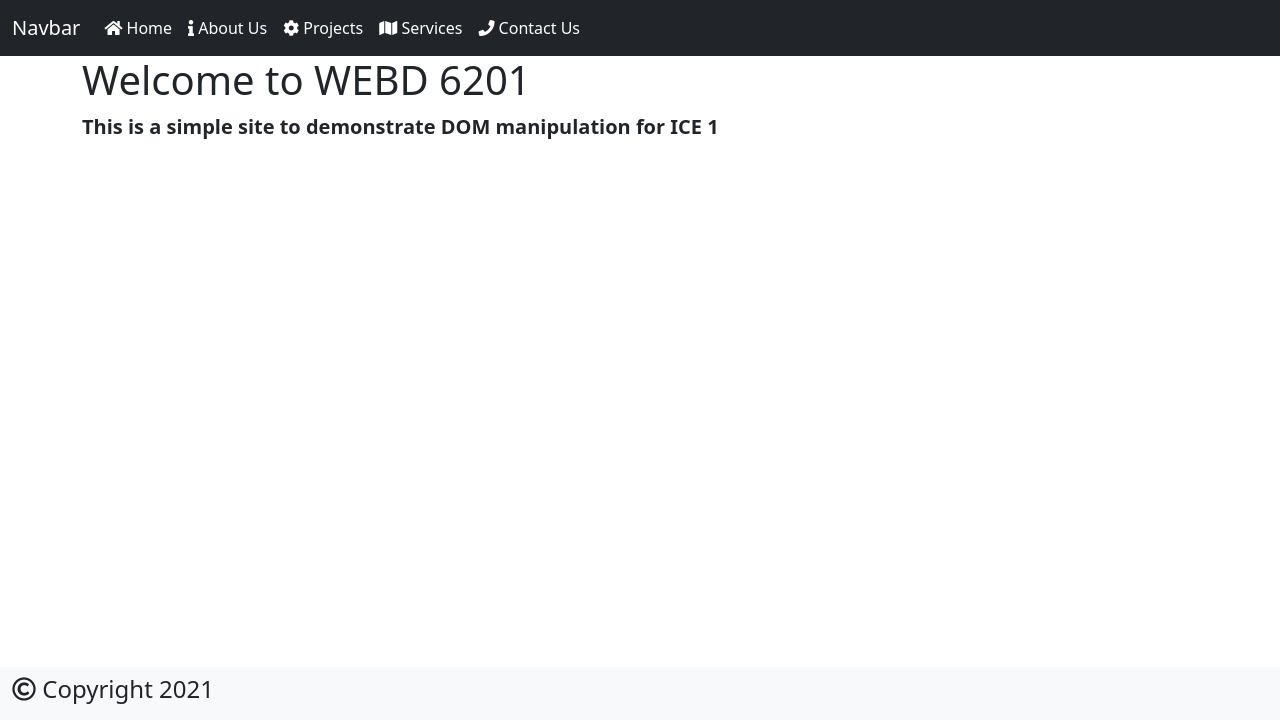
Repository: spencernewellevans/WEBD6201-ICE01
Page: index.html
These files come from the project's save history. The page is drawn as it stood at one moment and after the next save; the edit follows.
The browser window is 1280 px wide. The pictures show the whole page.

Above is the page before, as saved 2021-01-22 15:38:41.

After the next save:
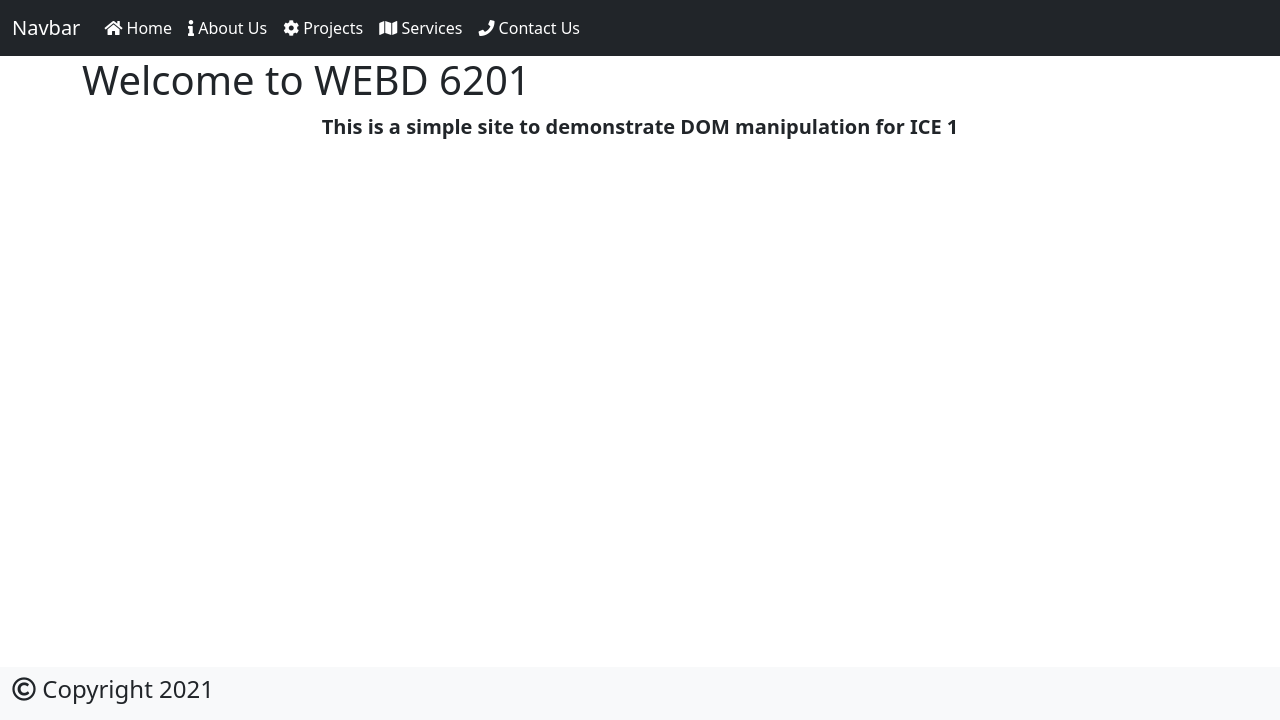
Saved 54 s later.
--- a/scripts/app.js
+++ b/scripts/app.js
@@ -18,7 +18,7 @@
         let paragraphOneElement = document.getElementById("paragraphOne");
 
         paragraphOneElement.textContent = paragraphOneText;
-        paragraphOneElement.className = "fs-5 fw-bold"
+        paragraphOneElement.className = "fs-5 fw-bold text-center"
     }
 
     window.addEventListener("load", Start);
